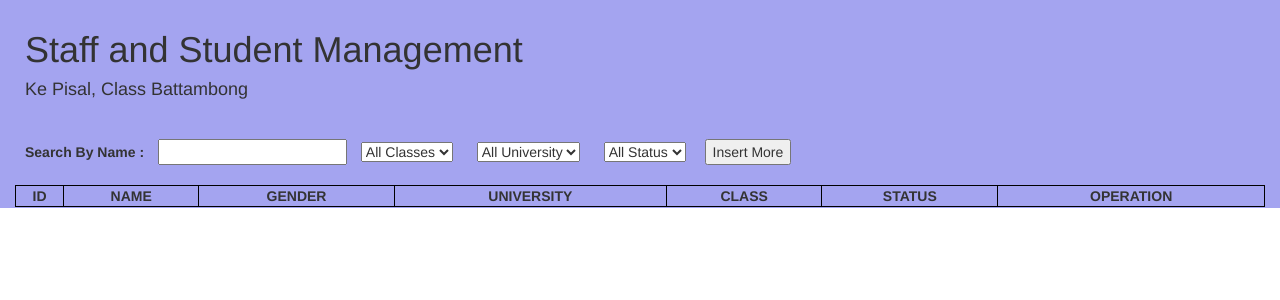
Repository: kepisal/ServletJAVA
Page: http://localhost/AjaxStaffandStudent/
The author's editor kept a copy of each file at every save. The page is drawn from the files as they stood at one save, then again after the next save.
The browser window is 1280 px wide. The pictures show the whole page.
The page is served by Tomcat 9. Other server files are loaded and not shown. Queries for data that is not in the repository find no rows.

Above is the page before, as saved 2015-07-10 13:37:32.

### AjaxStaffandStudent/WebContent/index.jsp
<%@ page language="java" contentType="text/html; charset=ISO-8859-1"
	pageEncoding="ISO-8859-1"%>
<!DOCTYPE html>
<html>
<head>
<meta http-equiv="Content-Type" content="text/html; charset=ISO-8859-1">
<title>Staff and Student Management</title>
<link rel="stylesheet" type="text/css"
	href="bootstrap/css/bootstrap.css">
<!-- <link rel="stylesheet" type="text/css" href="css/style.css"> -->

<!-- <script
	src="http://ajax.googleapis.com/ajax/libs/jquery/1.11.3/jquery.min.js"></script> -->
<script type="text/javascript" src="js/jquery-min.js"></script>
<script type="text/javascript" src="bootstrap/js/bootstrap.js"></script>
<script type="text/javascript" src="bootstrap/js/bootstrap.min.js"></script>
<style type="text/css">
.maincontent {
	background-color: #A4A4F0;
}

#title {
	padding: 10px;
	width: 100%;
}

option {
	height: 23px;
}

table, th, td {
	border: 1px solid black;
	border-collapse: collapse;
	text-align: center;
}

img {
	width: 20px;
}
#classlist, #universitylist, #txtinput, #statuslist {
	display: inline-block;
	margin: 10px;
}

button {
	margin: 5px;
}
form{float:left;}
</style>
</head>
<body>
	<div class="maincontent col-sm-12">
		<div id="sheader">
			<div id="title">
				<h1>Staff and Student Management</h1>
				<h4>Ke Pisal, Class Battambong</h4>
			</div>
			<div id="classlist">
				<label>Search By Name : </label> <input type=text id=txtinput /> <select
					id=classselected onclick="searchClass()">

				</select>
			</div>
			<div id="universitylist">
				<select id=unvselected onclick="searchUniversity()">

				</select>
			</div>
			<div id="statuslist">
				<select id=statusselected onclick="searchStatus()">
					<option value=''>All Status</option>
					<option value=1>Active</option>
					<option value=0>Deactive</option>
				</select>
			</div>
			<button id="btnadd btn btn-success" onclick="add()">Insert
				More</button>
		</div>
		<div id="sbody">
			<table class="mytb col-sm-12">
				<thead>
					<tr>
						<th>ID</th>
						<th>NAME</th>
						<th>GENDER</th>
						<th>UNIVERSITY</th>
						<th>CLASS</th>
						<th>STATUS</th>
						<th>OPERATION</th>
					</tr>
				</thead>
				<tbody id="tblist">
				</tbody>
			</table>
		</div>
		<div class="col-sm-3"></div>
	</div>
	<script type="text/javascript" src="js/script.js"></script>
</body>
</html>

### AjaxStaffandStudent/WebContent/js/script.js
$(document).ready(function() {
	lists(); // list all objects in table
	droplist(); // list all objects in dropdownlist(class, university)
	$("#txtinput").keyup(function() {
		searchName($("#txtinput").val()); // action keyup on textbox
	});
});
/*
 * @param : data is JSon generate <option> value </option> for dropdownlist
 * class
 */
function classlist(data) {
	var str = "";
	str += "<option value=''>All Classes</option>;";
	for (var i = 0; i < data.length; i++) {
		str += "<option value=" + data[i].classes + ">" + data[i].classes;
	}
	str += "</option>";
	return str;
}
/*
 * @param : data is JSon generate <option> value </option> for dropdownlist
 * university
 */
function unvlist(data) {
	var str = "";
	str += "<option value=''>All University</option>;";
	for (var i = 0; i < data.length; i++) {
		str += "<option value=" + data[i].unversity + ">" + data[i].unversity;
	}
	str += "</optiont>";
	return str;
}

/*
 * get data from url and put into function with param
 */
function droplist() {
	$.post("classlist.hrd", function(data) {
		$("#classselected").html(classlist(data));
	});
	$.post("universitylist.hrd", function(data) {
		$("#unvselected").html(unvlist(data));
	});
}
/*
 * generate rows inside table list
 */
function lists() {
	$.post("listobject.hrd", function(data) {
		$("#tblist").html(listobjectdetails(data));
	});

}
/*
 * create tag <tr><td> value </td></tr> follow data
 */
function listobjectdetails(data) {
	var str = "";
	for (var i = 0; i < data.length; i++) {

		str += "<tr>"
				+ "<td id=studid"
				+ i
				+ ">"
				+ data[i].stuid
				+ "</td>"
				+ "<td>"
				+ data[i].stuname
				+ "</td>"
				+ "<td>"
				+ checkGender(data[i].gender)
				+ "</td>"
				+ "<td>"
				+ data[i].unversity
				+ "</td>"
				+ "<td>"
				+ data[i].classes
				+ "</td>"
				+ "<td>"
				+ checkStatus(data[i].status, i)
				+ "</td>"
				+ "<td><button class=btnEdit onclick=editFun()>Edit</button><button class=btnRemove onclick=removeFun()>Remove</button><button  class=btnView onclick=viewFun()'>View</button></td>"
				+ "</tr>";
	}

	str += "</table>";

	return str;
}
/*
 * create form for edit and insertion
 */
function myform() {
	var str = "";
}

/*
 * change value 0,1 to male and female
 */
function checkGender(data) {
	var gender;
	if (data == 0) {
		gender = "Male";
	} else {
		gender = "Female";
	}
	return gender;
}
/*
 * change value 0,1 to image 0.png and 1.png
 */
function checkStatus(data, i) {
	var img;
	if (data == 0) {
		img = "<a href=#><img src=img/0.png id=mydata" + i
				+ " onclick=updateStatus(" + i + "," + data + ")></a>";
	} else {
		img = "<a href=#><img src=img/1.png id=mydata" + i
				+ " onclick=updateStatus(" + i + "," + data + ")></a>";
	}
	return img;
}
/*
 * @param : id, value id -> id of each students value -> value of status update
 * status
 */
function updateStatus(id, value) {
	var stuid = $("#studid" + id).text();
	var active;
	if (value == 0) {
		active = 1;
	} else {
		active = 0;
	}
	$.post("editobject.hrd", {
		stu_id : stuid,
		stu_status : active
	}, function(data) {
		lists();
	});
}
/*
 * search by name()
 */
function searchName() {
	var stuname = $('#txtinput').val();
	var stuclass = $('#classselected option:selected').val();
	var stuuniver = $('#unvselected option:selected').val();
	var stustatus = $('#statusselected option:selected').val();
	if (stuname == '') {
		lists();
	}
	$.post("searchobject.hrd", {
		stu_name : stuname,
		stu_class : stuclass,
		stu_university : stuuniver,
		stu_status : stustatus
	}, function(data) {
		$("#tblist").html(listobjectdetails(data));
	});
}
/*
 * search by class()
 */
function searchClass() {
	var stuname = $('#txtinput').val();
	var stuclass = $('#classselected option:selected').val();
	var stuuniver = $('#unvselected option:selected').val();
	var stustatus = $('#statusselected option:selected').val();
	$.post("searchobject.hrd", {
		stu_name : stuname,
		stu_class : stuclass,
		stu_university : stuuniver,
		stu_status : stustatus
	}, function(data) {
		$("#tblist").html(listobjectdetails(data));
	});
}
/*
 * search by university()
 */
function searchUniversity() {
	var stuname = $('#txtinput').val();
	var stuclass = $('#classselected option:selected').val();
	var stuuniver = $('#unvselected option:selected').val();
	var stustatus = $('#statusselected option:selected').val();
	$.post("searchobject.hrd", {
		stu_name : stuname,
		stu_class : stuclass,
		stu_university : stuuniver,
		stu_status : stustatus
	}, function(data) {
		$("#tblist").html(listobjectdetails(data));
	});
}
/*
 * search by status()
 */
function searchStatus() {
	var stuname = $('#txtinput').val();
	var stuclass = $('#classselected option:selected').val();
	var stuuniver = $('#unvselected option:selected').val();
	var stustatus = $('#statusselected option:selected').val();
	$.post("searchobject.hrd", {
		stu_name : stuname,
		stu_class : stuclass,
		stu_university : stuuniver,
		stu_status : stustatus
	}, function(data) {
		$("#tblist").html(listobjectdetails(data));
	});
}
/*
 * Add Function
 * */
function add(){
	$("#sbody").load("pages/addForm.html"); // load file from article
}

### AjaxStaffandStudent/src/Controller/Front_Controller.java
package Controller;
import java.io.IOException;

import javax.servlet.RequestDispatcher;
import javax.servlet.ServletException;
import javax.servlet.annotation.WebServlet;
import javax.servlet.http.HttpServlet;
import javax.servlet.http.HttpServletRequest;
import javax.servlet.http.HttpServletResponse;

import Model.ObjectDAO;

@WebServlet("*.hrd")
public class Front_Controller extends HttpServlet {
	private static final long serialVersionUID = 1L;

	public Front_Controller() {
		super();
	}

	protected void doGet(HttpServletRequest request, HttpServletResponse response) throws ServletException, IOException {
		doProcess(request, response);
	}

	protected void doPost(HttpServletRequest request, HttpServletResponse response) throws ServletException, IOException {
		doProcess(request, response);
	}

	protected void doProcess(HttpServletRequest request, HttpServletResponse response) throws ServletException, IOException {
		String RequestURI = request.getRequestURI();

		System.out.println(RequestURI);
		String contextPath = request.getContextPath();
		System.out.println(contextPath);
		String command = RequestURI.substring(contextPath.length());
		ActionForward forward = null;
		Action action = null;

		System.out.println(command);

		switch(command){
			case "/listobject.hrd":
				action = new ListObject();
				try {
					forward = action.execute(request, response);
					System.out.println(forward);
				} catch (Exception e) {
					e.printStackTrace();
				}
				break;
			case "/classlist.hrd":
				action = new classList();
				try {
					forward = action.execute(request, response);
					System.out.println(forward);
				} catch (Exception e) {
					e.printStackTrace();
				}
				break;
			case "/universitylist.hrd":
				action = new universityList();
				try {
					forward = action.execute(request, response);
					System.out.println(forward);
				} catch (Exception e) {
					e.printStackTrace();
				}
				break;
			case "/editobject.hrd":
				action = new EditObject();
				try {
					forward = action.execute(request, response);
				} catch (Exception e) {
					e.printStackTrace();
				}
				break;
			case "/searchobject.hrd":
				action = new Search();
				try {
					forward = action.execute(request, response);
				} catch (Exception e) {
					e.printStackTrace();
				}
				break;
			default :
				forward = new ActionForward();
				forward.setPath("404.jsp");
				forward.setRedirect(false);
				break;


		}

		if (forward != null) {
			if (forward.isRedirect()) {
				response.sendRedirect(forward.getPath());
			} else {
				RequestDispatcher dispatcher = request
						.getRequestDispatcher(forward.getPath());
				dispatcher.forward(request, response);
			}

		}

	}
}

### AjaxStaffandStudent/src/Controller/ListObject.java
package Controller;

import java.util.ArrayList;

import javax.servlet.http.HttpServletRequest;
import javax.servlet.http.HttpServletResponse;

import com.google.gson.Gson;

import Controller.Action;
import Controller.ActionForward;
import Model.ObjectDAO;
import Model.ObjectDTO;

public class ListObject implements Action {

	@Override
	public ActionForward execute(HttpServletRequest request,
			HttpServletResponse response) throws Exception {

		ObjectDAO dao = new ObjectDAO();
		ArrayList<ObjectDTO> objectlist = dao.list();

		response.setContentType("application/json");
		response.setCharacterEncoding("UTF-8");
		String obj= new Gson().toJson(objectlist);

		response.getWriter().write(obj);


		return null;
	}

}

### AjaxStaffandStudent/src/Model/ObjectDAO.java
package Model;

import java.beans.Statement;
import java.sql.Connection;
import java.sql.DriverManager;
import java.sql.PreparedStatement;
import java.sql.ResultSet;
import java.sql.SQLException;
import java.util.ArrayList;
import java.sql.*;

import javax.naming.InitialContext;
import javax.sql.DataSource;

public class ObjectDAO {
	static Connection cn;

	/*
	 * list all of elements in database return Arraylist objects
	 */
	public ArrayList<ObjectDTO> list() throws SQLException,
			ClassNotFoundException {

		String sql = "select * from hrd_students";
		java.sql.Statement stm = cn.createStatement();
		ResultSet rs = stm.executeQuery(sql);
		ArrayList<ObjectDTO> objectdto = new ArrayList<ObjectDTO>();
		try {
			while (rs.next()) {
				objectdto.add(new ObjectDTO(rs.getString("stu_id"), rs
						.getString("stu_name"), rs.getInt("stu_gender"), rs
						.getString("stu_university"),
						rs.getString("stu_class"), rs.getInt("stu_status")));
			}

		} catch (Exception e) {
			e.printStackTrace();
		}
		return objectdto;
	}

	/*
	 * @param : id and status function update status 0 to 1 and 1 to 0 follow id
	 * return true/false for success or faild
	 */
	public boolean update(String id, int status) throws SQLException {
		try (PreparedStatement pstm = cn
				.prepareStatement("update hrd_students set stu_status=? where stu_id=?");) {

			pstm.setString(1, String.valueOf(status));
			pstm.setString(2, id);
			return pstm.execute();
		} catch (Exception e) {
			e.printStackTrace();
		}
		return false;
	}

	/*
	 * distinct the class value return Arraylist objects (0,1)
	 */
	public ArrayList<ObjectDTO> classList() throws SQLException {
		String sql = "SELECT distinct stu_class FROM hrd_students";
		java.sql.Statement stm = cn.createStatement();
		ResultSet rs = stm.executeQuery(sql);
		ArrayList<ObjectDTO> objectdto = new ArrayList<ObjectDTO>();
		try {
			while (rs.next()) {
				objectdto.add(new ObjectDTO("", "", 0, "", rs
						.getString("stu_class"), 0));
			}
		} catch (Exception e) {
			e.printStackTrace();
		}
		return objectdto;
	}

	/*
	 * distinct the university value return Arraylist objects (0,1)
	 */
	public ArrayList<ObjectDTO> universityList() throws SQLException {
		String sql = "select distinct stu_university from hrd_students";
		java.sql.Statement stm = cn.createStatement();
		ResultSet rs = stm.executeQuery(sql);
		ArrayList<ObjectDTO> objectdto = new ArrayList<ObjectDTO>();
		try {
			while (rs.next()) {
				objectdto.add(new ObjectDTO("", "", 0, rs
						.getString("stu_university"), "", 0));
			}
		} catch (Exception e) {
			e.printStackTrace();
		}
		return objectdto;
	}

	/*
	 * Search all of content by name, class, university and status return as
	 * ArrayList objects
	 */
	public ArrayList<ObjectDTO> search(String name, String classes,
			String university, String status) throws SQLException {
		PreparedStatement ps = cn
				.prepareStatement("select * from hrd_students where stu_university LIKE ? and stu_class LIKE ? and stu_status LIKE ? and stu_name like ?");
		ps.setString(1, university + "%");
		ps.setString(2, classes + "%");
		ps.setString(3, status + "%");
		ps.setString(4, "%" + name + "%");
		ResultSet rs = ps.executeQuery();
		ArrayList<ObjectDTO> alist = new ArrayList<ObjectDTO>();
		while (rs.next()) {
			alist.add(new ObjectDTO(rs.getString("stu_id"), rs
					.getString("stu_name"), rs.getInt("stu_gender"), rs
					.getString("stu_university"), rs.getString("stu_class"), rs
					.getInt("stu_status")));
		}
		return alist;
	}

	/********************** Here is Connection Database *********************************/
	static {
		try {
			Class.forName("com.mysql.jdbc.Driver");
			cn = DriverManager.getConnection(
					"jdbc:mysql://localhost:3306/ssdbmanage", "admin", "admin");
		} catch (Exception e) {
			// TODO Auto-generated catch block
			e.printStackTrace();
		}
	}
	/********************** Here is Connection Database *********************************/
}

### AjaxStaffandStudent/src/Controller/classList.java
package Controller;

import java.util.ArrayList;

import javax.servlet.http.HttpServletRequest;
import javax.servlet.http.HttpServletResponse;

import Model.ObjectDAO;
import Model.ObjectDTO;

import com.google.gson.Gson;

public class classList implements Action {

	public ActionForward execute(HttpServletRequest request,
			HttpServletResponse response) throws Exception {

		ObjectDAO dao = new ObjectDAO();
		ArrayList<ObjectDTO> objectlist = dao.classList();

		response.setContentType("application/json");
		response.setCharacterEncoding("UTF-8");
		String obj= new Gson().toJson(objectlist);

		response.getWriter().write(obj);
		return null;
	}

}

### AjaxStaffandStudent/src/Controller/universityList.java
package Controller;

import java.util.ArrayList;

import javax.servlet.http.HttpServletRequest;
import javax.servlet.http.HttpServletResponse;

import Model.ObjectDAO;
import Model.ObjectDTO;

import com.google.gson.Gson;

public class universityList implements Action {
	public ActionForward execute(HttpServletRequest request,
			HttpServletResponse response) throws Exception {

		ObjectDAO dao = new ObjectDAO();
		ArrayList<ObjectDTO> objectlist = dao.universityList();

		response.setContentType("application/json");
		response.setCharacterEncoding("UTF-8");
		String obj= new Gson().toJson(objectlist);

		response.getWriter().write(obj);
		return null;
	}
}

Loaded but not shown: AjaxStaffandStudent/WebContent/bootstrap/css/bootstrap.css (library); AjaxStaffandStudent/WebContent/js/jquery-min.js (library); AjaxStaffandStudent/WebContent/bootstrap/js/bootstrap.js (library); AjaxStaffandStudent/WebContent/bootstrap/js/bootstrap.min.js (library)

After the next save:
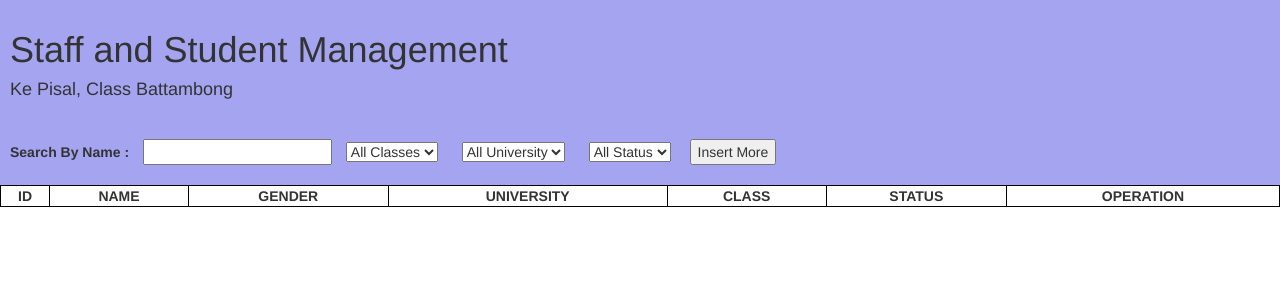
Saved 50 s later.
--- a/AjaxStaffandStudent/WebContent/index.jsp
+++ b/AjaxStaffandStudent/WebContent/index.jsp
@@ -28,7 +28,7 @@ option {
 	height: 23px;
 }
 
-table, th, td {
+table, th, td, sheader {
 	border: 1px solid black;
 	border-collapse: collapse;
 	text-align: center;
@@ -49,7 +49,7 @@ form{float:left;}
 </style>
 </head>
 <body>
-	<div class="maincontent col-sm-12">
+	<div class="maincontent sscol-sm-12">
 		<div id="sheader">
 			<div id="title">
 				<h1>Staff and Student Management</h1>
